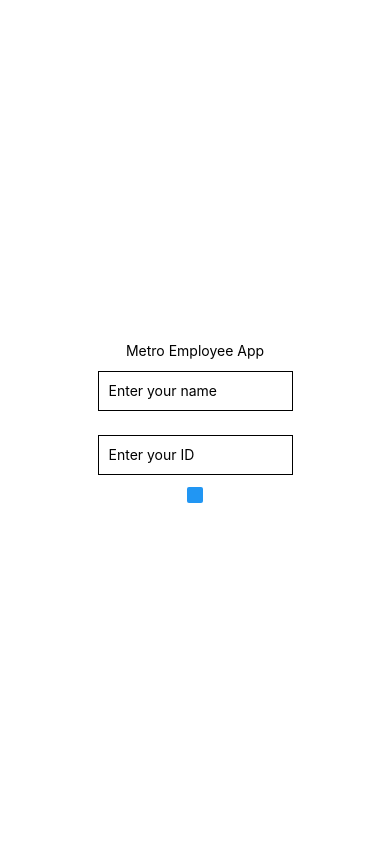
Repository: VishnuJG/Metro-Employee-App
Screen: /
These files come from the project's save history. The screen is drawn as it stood at one moment and after a run of saves; the edit follows.
The app was drawn by React Native's web renderer in a window 390 px wide. The project was rebuilt for these pictures with package versions that can differ from the ones it lists, and the page was loaded fresh each time.

Above is the screen before, as saved 2022-06-28 12:46:14.

### App.js
import { StatusBar } from 'expo-status-bar';
import React, { useState } from "react";
import { StyleSheet, Text, View, TextInput, Button} from 'react-native';
import { useDimensions } from '@react-native-community/hooks';


export default function App() {

  // const {lanscape}=useDimensions();
  const [emp, onEmpUpdate] = useState([{ id: 0, name: " Vishnu J G", email:"vishnu.jg@metro-gsc.in" }]);
  const [name, onChangeName] = useState("");
  const [email, onChangeEmail] = useState("");
  const [number, onChangeNumber] = useState(null);
  return (
    <View style={styles.container}>
      <Text>Metro Employee App</Text>

        <TextInput
          style={styles.input}
          onChangeText={onChangeName}
          placeholder="Enter your name"
          value={name}
        />


        <TextInput
          style={styles.input}
          onChangeText={onChangeNumber}
          value={number}
          placeholder="Enter your ID"
          keyboardType="numeric"
        />
      <Button></Button>
    </View>
  );
}

const styles = StyleSheet.create({
  container: {
    flex: 1,
    backgroundColor: '#fff',
    alignItems: 'center',
    justifyContent: 'center',
    // topPadding:lanscape?20:0,
  },
  input: {
    height: 40,
    margin: 12,
    borderWidth: 1,
    width:'50%',
    padding: 10,
  },
  inputForm:{

  }
});

After the next 2 saves:
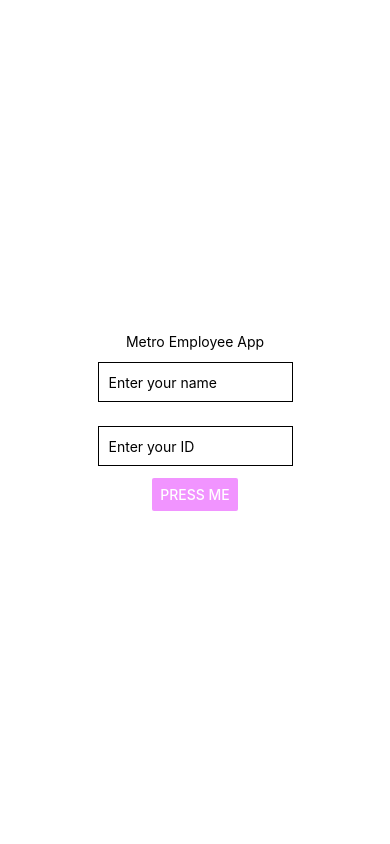
The 2 saves are shown as one change because they came seconds apart.
The last was saved 37 s later.
--- a/App.js
+++ b/App.js
@@ -30,7 +30,8 @@ export default function App() {
           placeholder="Enter your ID"
           keyboardType="numeric"
         />
-      <Button></Button>
+      <Button title="Press me"
+        color="#f194ff"/>
     </View>
   );
 }
